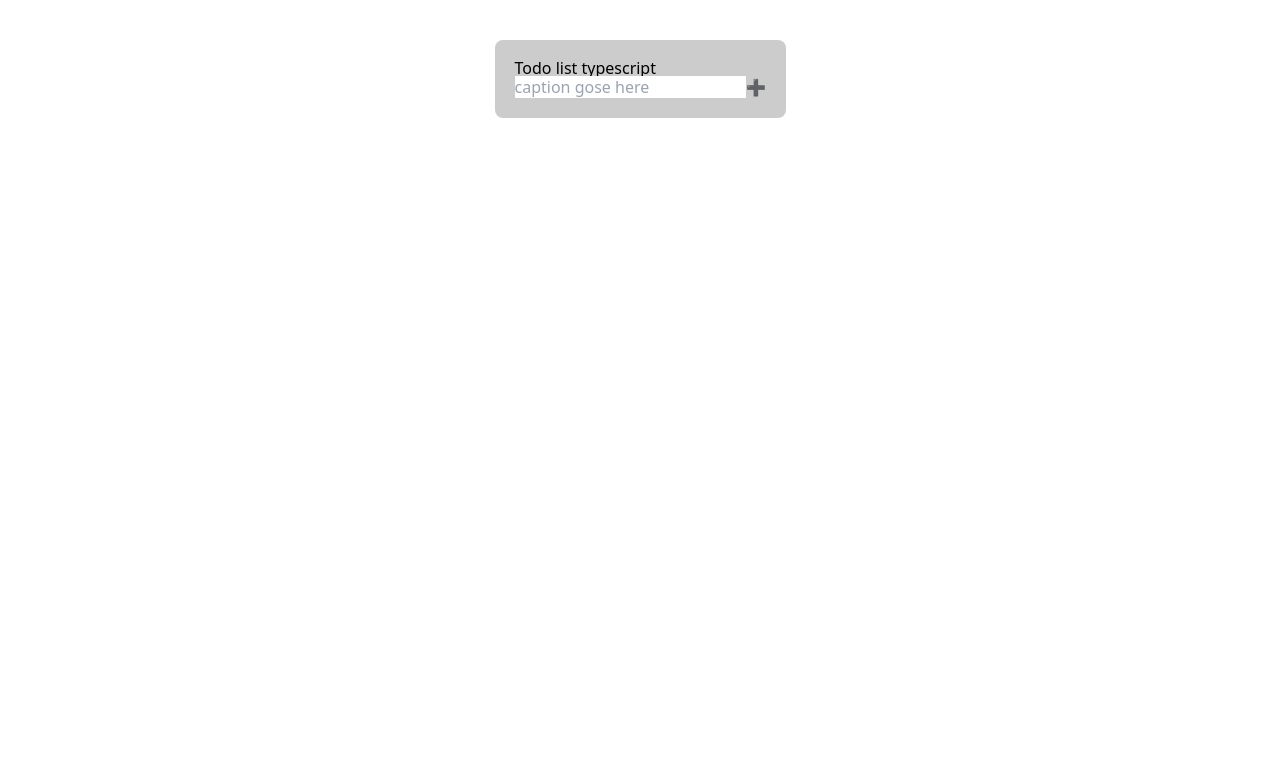
Repository: VIET-TU/react-super-main
Page: / (app in todolist-mybuild/)
An editor plug-in stored every save of this project. The page is shown before and after the next save, followed by the edit.
The browser window is 1280 px wide. The pictures show the whole page.
The project was rebuilt for these pictures with package versions that can differ from the ones it lists, and the page was loaded fresh each time. Also part of the build but not shown: todolist-mybuild/vite.config.ts.

Above is the page before, as saved 2023-05-16 06:33:39.

### todolist-mybuild/src/App.tsx
import TodoList from './components/TodoLists'

function App() {
  return (
    <>
      <TodoList></TodoList>
    </>
  )
}

export default App

### todolist-mybuild/src/index.css
@tailwind base;
@tailwind components;
@tailwind utilities;

*,
*:before,
*:after {
  box-sizing: border-box;
}
* {
  margin: 0;
  padding: 0;
  font: inherit;
}

body {
  min-height: 100vh;
  font-weight: 400;
  font-size: 16px;
  line-height: 1;
}

### todolist-mybuild/src/components/TodoLists/index.ts
import TodoList from './TodoList'

export default TodoList

### todolist-mybuild/src/components/TodoLists/TodoList.tsx
import { Todo } from '../../@types/todos.types'
import TaskInput from '../TaskInput'
import TaskList from '../TaskList'
import { useEffect, useState } from 'react'

const TodoList = () => {
  const [todos, setTodos] = useState<Todo[]>([])
  const [currentTodo, setCurrentTodo] = useState<Todo | null>(null)
  const doneTodos = todos.filter((todo) => todo.done)
  const notdoneTodos = todos.filter((todo) => !todo.done)

  useEffect(() => {
    const todosString = localStorage.getItem('todos')
    const todosObj: Todo[] = JSON.parse(todosString || '[]')
    setTodos(todosObj)
  }, [])

  const addTodo = (name: string): void => {
    const todo: Todo = {
      name,
      done: false,
      id: new Date().toISOString()
    }
    setTodos((pre) => [...pre, todo])
    const todosString = localStorage.getItem('todos')
    const todosObj: Todo[] = JSON.parse(todosString || '[]')
    const newTodoObj = [...todosObj, todo]
    localStorage.setItem('todos', JSON.stringify(newTodoObj))
  }

  const handleDoneTodo = (id: string, done: boolean) => {
    setTodos((prev) => {
      return prev.map((todo) => {
        if (todo.id === id) {
          return { ...todo, done }
        }
        return todo
      })
    })
  }

  const startEditTodo = (id: string) => {
    const findedTodo = todos.find((todo) => todo.id === id)
    if (findedTodo) {
      setCurrentTodo(findedTodo)
    }
  }

  const editTodo = (name: string) => {
    setCurrentTodo((prev) => {
      if (prev) {
        return { ...prev, name }
      }
      return prev
    })
  }

  const finishEditTodo = () => {
    setTodos((prev) => {
      return prev.map((todo) => {
        if (todo.id === (currentTodo as Todo).id) {
          return currentTodo as Todo
        }
        return todo
      })
    })
    setCurrentTodo(null)
  }

  const deleteTodo = (id: string) => {
    if (currentTodo) {
      setCurrentTodo(null)
    }

    setTodos((prev) => {
      const findedIndexTodo = prev.findIndex((todo) => todo.id === id)
      if (findedIndexTodo > -1) {
        const result = [...prev]
        result.splice(findedIndexTodo, 1) // delete 1 elem in array
        return result
      }
      return prev
    })
  }

  return (
    <div className='p-[20px] rounded-lg bg-[#ccc] max-w-max mx-auto my-10'>
      <TaskInput
        editTodo={editTodo}
        addTodo={addTodo}
        currentTodo={currentTodo}
        finishEditTodo={finishEditTodo}
      ></TaskInput>
      <TaskList
        handleDoneTodo={handleDoneTodo}
        todos={notdoneTodos}
        doneTaskList={false}
        startEditTodo={startEditTodo}
        deleteTodo={deleteTodo}
      />
      <TaskList
        handleDoneTodo={handleDoneTodo}
        todos={doneTodos}
        doneTaskList={true}
        startEditTodo={startEditTodo}
        deleteTodo={deleteTodo}
      />
    </div>
  )
}

export default TodoList

### todolist-mybuild/src/components/TaskInput/index.ts
import TaskInput from './TaskInput'

export default TaskInput

### todolist-mybuild/src/components/TaskInput/TaskInput.tsx
import React from 'react'

const TaskInput = () => {
  return (
    <div>
      <h1>Todo list typescript</h1>
      <form placeholder='enter your text'>
        <input type='text' placeholder='caption gose here' />
        <button type='submit'>➕</button>
      </form>
    </div>
  )
}

export default TaskInput

### todolist-mybuild/src/components/TaskList/TaskList.tsx
import React from 'react'

const TaskList = () => {
  return <div></div>
}

export default TaskList

Loaded but not shown: todolist-mybuild/index.html (common file); todolist-mybuild/src/main.tsx (common file); todolist-mybuild/src/components/TaskList/index.ts (common file); todolist-mybuild/tailwind.config.js (common file)

After the next save:
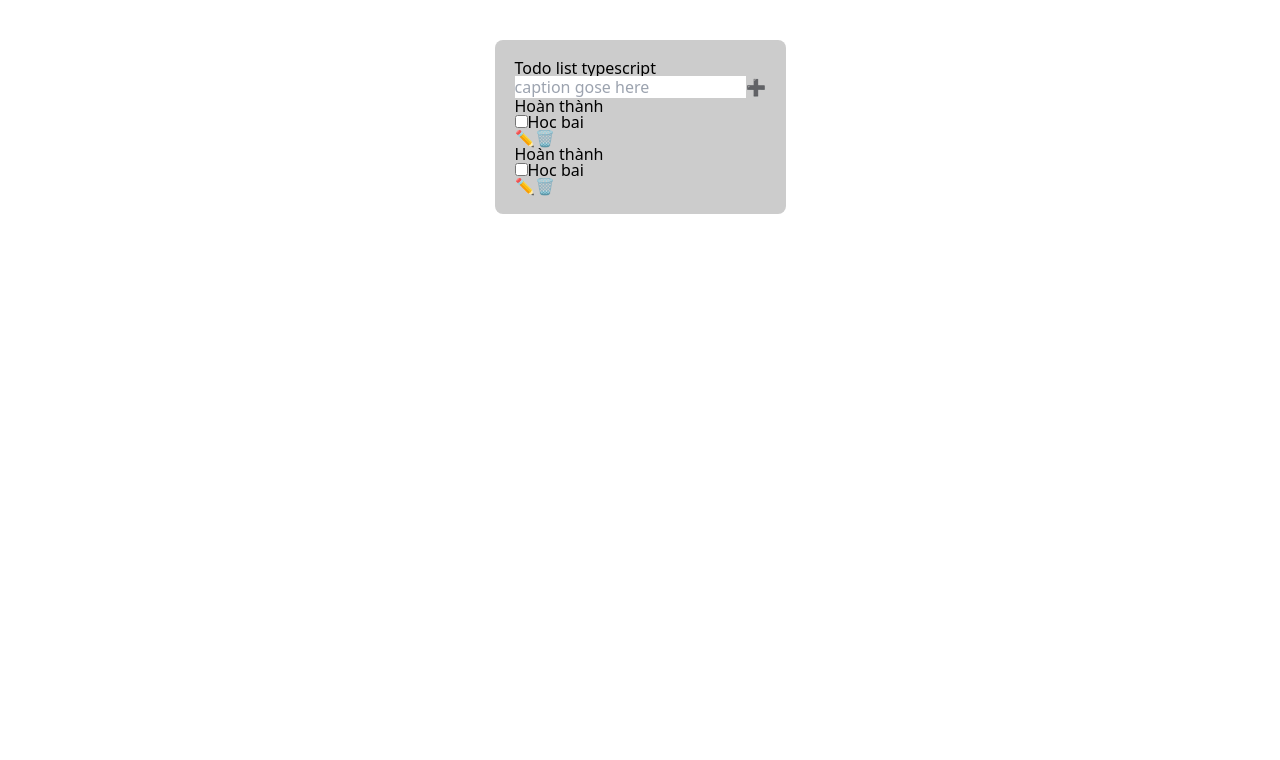
Saved 5 min 53 s later.
--- a/todolist-mybuild/src/components/TaskList/TaskList.tsx
+++ b/todolist-mybuild/src/components/TaskList/TaskList.tsx
@@ -1,7 +1,21 @@
 import React from 'react'
 
 const TaskList = () => {
-  return <div></div>
+  return (
+    <div>
+      <h2>Hoàn thành</h2>
+      <div className='tasks '>
+        <div className='task'>
+          <input type='checkbox' name='' id=' ' />
+          <span>Hoc bai</span>
+          <div className=''>
+            <button>✏️</button>
+            <button>🗑️</button>
+          </div>
+        </div>
+      </div>
+    </div>
+  )
 }
 
 export default TaskList
